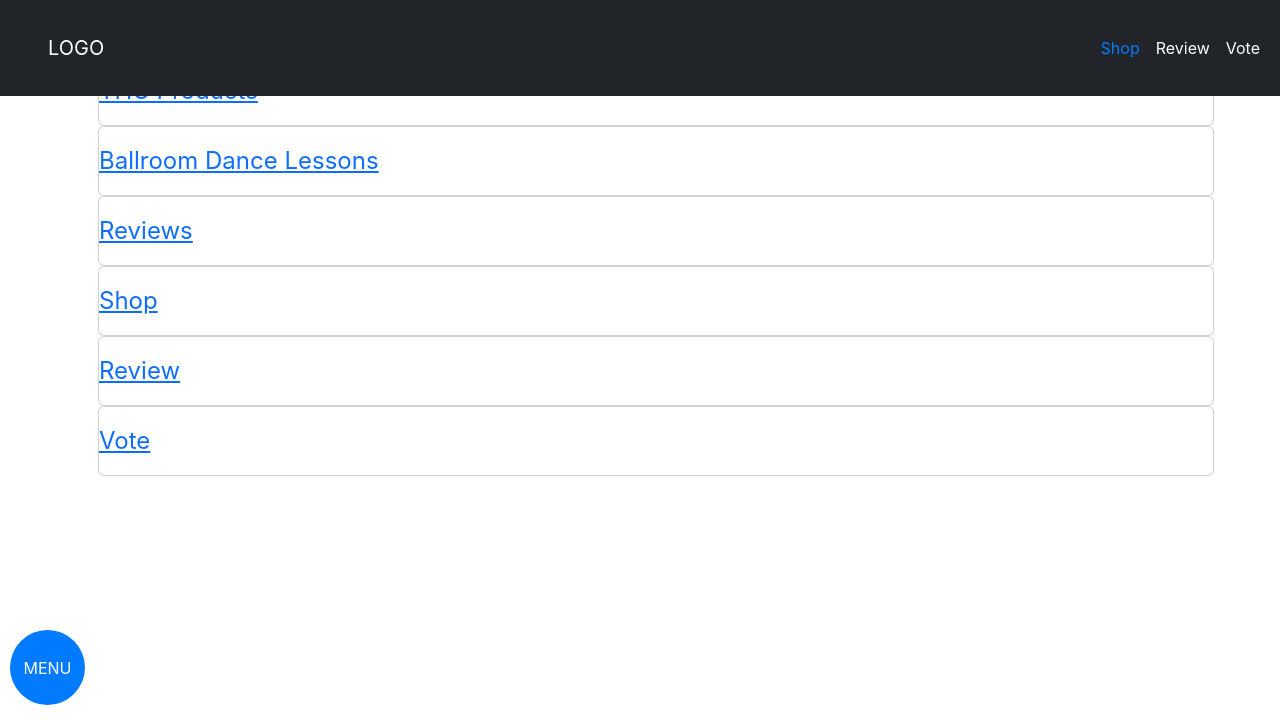
Repository: DragonFruit8/basic-website
Page: /shop
An editor plug-in stored every save of this project. The page is shown before and after a run of saves, followed by the edit.
The browser window is 1280 px wide. The pictures show the whole page.
The project was rebuilt for these pictures with package versions that can differ from the ones it lists, and the page was loaded fresh each time. Also part of the build but not shown: src/sections/MissionSec.js, src/sections/AboutSec.js, src/sections/ServiceSec.js, src/Img/LunaLogo.js, src/sections/SupportSec.js, src/sections/HeroSec.js, src/pages/HomePage.js.

Above is the page before, as saved 2024-06-23 08:54:35.

### public/index.html
<!DOCTYPE html>
<html lang="en">
  <head>
    <meta charset="utf-8" />
    <link rel="icon" href="%PUBLIC_URL%/favicon.ico" />
    <meta name="viewport" content="width=device-width, initial-scale=1" />
    <meta name="theme-color" content="#000000" />
    <meta
      name="description"
      content="Web site created using create-react-app"
    />
    <link rel="apple-touch-icon" href="%PUBLIC_URL%/logo192.png" />
    <!--
      manifest.json provides metadata used when your web app is installed on a
      user's mobile device or desktop. See https://developers.google.com/web/fundamentals/web-app-manifest/
    -->
    <link rel="manifest" href="%PUBLIC_URL%/manifest.json" />
    <link href="https://cdn.jsdelivr.net/npm/bootstrap@5.3.3/dist/css/bootstrap.min.css" rel="stylesheet" integrity="sha384-QWTKZyjpPEjISv5WaRU9OFeRpok6YctnYmDr5pNlyT2bRjXh0JMhjY6hW+ALEwIH" crossorigin="anonymous">
    <!--
      Notice the use of %PUBLIC_URL% in the tags above.
      It will be replaced with the URL of the `public` folder during the build.
      Only files inside the `public` folder can be referenced from the HTML.

      Unlike "/favicon.ico" or "favicon.ico", "%PUBLIC_URL%/favicon.ico" will
      work correctly both with client-side routing and a non-root public URL.
      Learn how to configure a non-root public URL by running `npm run build`.
    -->
    <title>React App</title>
  </head>
  <body>
    <noscript>You need to enable JavaScript to run this app.</noscript>
    <div id="root"></div>
    <!--
      This HTML file is a template.
      If you open it directly in the browser, you will see an empty page.

      You can add webfonts, meta tags, or analytics to this file.
      The build step will place the bundled scripts into the <body> tag.

      To begin the development, run `npm start` or `yarn start`.
      To create a production bundle, use `npm run build` or `yarn build`.
    -->
    <script src="https://cdn.jsdelivr.net/npm/@popperjs/core@2.11.8/dist/umd/popper.min.js" integrity="sha384-I7E8VVD/ismYTF4hNIPjVp/Zjvgyol6VFvRkX/vR+Vc4jQkC+hVqc2pM8ODewa9r" crossorigin="anonymous"></script>
<script src="https://cdn.jsdelivr.net/npm/bootstrap@5.3.3/dist/js/bootstrap.min.js" integrity="sha384-0pUGZvbkm6XF6gxjEnlmuGrJXVbNuzT9qBBavbLwCsOGabYfZo0T0to5eqruptLy" crossorigin="anonymous"></script>
  </body>
</html>

### src/App.js
import React from 'react';
import { BrowserRouter as Router, Routes, Route } from 'react-router-dom';
import './App.css';
import Navbar from './components/Navbar';
import Sidebar from './components/Sidebar';
import HomePage from './pages/HomePage';
import ShopPage from './pages/ShopPage';

function App() {

  return (
    <>
      <Router>
        <Navbar />
        <Sidebar />
        <Routes>
          <Route path="/" element={<HomePage />} />
          <Route path="/shop" element={<ShopPage />} />
        </Routes>
   </Router>
    </>
  );
}

export default App;

### src/App.css
.App {
  text-align: center;
  z-index: -10;
}

.App-logo {
  height: 40vmin;
  pointer-events: none;
  z-index: 0;
}

@media (prefers-reduced-motion: no-preference) {
  .App-logo {
    animation: App-logo-spin infinite 20s linear;
  }
}

.App-header {
  background-color: #282c34;
  min-height: 100vh;
  display: flex;
  flex-direction: column;
  align-items: center;
  justify-content: center;
  font-size: calc(10px + 2vmin);
  color: white;
}

.App-link {
  color: #61dafb;
}
#sidebar {
  display: flex;
  flex-direction: column;
  background-color: transparent !important;
  height: 100%;
  width: 100px;
  position: fixed;
  top: 55px;
  left: 0;
  z-index: 1;
  overflow-x: hidden;
  padding-top: 20px;
  z-index: 10;
  /* rounded corners*/
  border-radius: 100px;

}

#offcanvasNavbar{
  position: fixed;
  margin-top: 55px;
}

#sidebarButton {
  position: absolute;
  bottom: 100px;
  left: 0px;
  width: 75px;
  height: 75px;
  border: none;
  color: white;
  padding: 10px 10px;
  text-align: center;
  text-decoration: none;
  display: inline-block;
  font-size: 16px;
  margin: auto auto -30px 10px;
  cursor: pointer;
  z-index: 100;
  border-radius: 100%;
  background-color: #007bff;
}

#closeButton, .btn-close {
  color: white !important;
  margin-left: 15px;
}
#aboutSec {
  height: 75vh;
}
.offcanvas-body {
 padding: 0 100px 0 100px;
}
#luna {
  position: relative;
  background-size: cover;
  background-repeat: no-repeat;
  background-position: center;
  height: auto;
  width: 250px;
  margin: 0 auto;
}

/* HomePage Hero */
.hero {
  height: 100vh;
  width: 100%;
  display: flex;
  align-items: center;
  color: white !important;
  text-align: center;
  font-size: 2rem;
  font-weight: 700;
  background: url('https://unsplash.com/photos/photo-of-outer-space-Q1p7bh3SHj8');
  background-size: cover;
  background-repeat: no-repeat;
  background-position: center;
  background-color: rgba(0, 0, 0, 0.8);

}
.hero-content
.dropdown-item {
  width: 100%;
  margin: 0 auto;
  color: white;
  background-color: #007bff;
}
.dropdown-item:hover {
  background-color: #0056b3;
  color: white;
}


a.nav-link, a.nav-item {
  color: white !important;
}
a.nav-link, a.nav-item {
 padding: 20px 0 20px 0;
}

a.nav-link:hover, a.nav-item:hover {
  color: #ffd000 !important;
}
a.active {
  color: #007bff !important;
}

@keyframes App-logo-spin {
  from {
    transform: rotate(0deg);
  }
  to {
    transform: rotate(360deg);
  }
}

### src/components/Navbar.js
import React from 'react';
import data from '../../src/data';
// import axio from '../Instance';
// import Button from 'react-bootstrap/Button';
// import Modal from 'react-bootstrap/Modal';


const Navbar = () => {

    // const [email, setEmail] = useState('');
    // const [comment, setComment] = useState('');
    // const [show, setShow] = useState(false);

    // const handleClose = () => setShow(false);
    // const handleShow = () => setShow(true);

    // const clearForm = () => {
    //     setEmail('');
    //     setComment('');
    // };



    // const handleSubmit = (event) => {
    //     event.preventDefault();

    //     axio.post('/comments', {
    //         email,
    //         comment
    //     })
    //         .then(() => {
    //             console.log('Review submitted');
    //         })
    //         .catch((error) => {
    //             console.log(error);
    //         });
    //     clearForm();
    // };

    const path = window.location.pathname;
    return (
        <>
            {/* navbar navbar-expand-lg bg-body-tertiary navbar-dark bg-dark */}
            <nav className="navbar navbar-dark navbar-expand-lg bg-dark fixed-top">
                <div className="container-fluid ps-5">
                    <a className="navbar-brand" href="/">LOGO</a>
                    <button className="navbar-toggler" type="button" data-bs-toggle="collapse" data-bs-target="#navbarNav" aria-controls="navbarNav" aria-expanded="false" aria-label="Toggle navigation">
                        <span className="navbar-toggler-icon"></span>
                    </button>
                    <div className="collapse navbar-collapse" id="navbarNav">
                        <ul className="navbar-nav my-2 ms-auto me-0">
                            <li className="nav-item">
                                <a className={`nav-link ${path === `/${data.link1.b}` ? 'active' : ''}`} aria-current="page" href={`/${data.link1.b}`}>{data.link1.a}</a>
                            </li>
                            <li className="nav-item">
                                <a className={`nav-link ${path === `/${data.link2.b}` ? 'active' : ''}`} aria-current="page" href={`/${data.link2.b}`}>{data.link2.a}</a>
                            </li>
                            <li className="nav-item">
                                <a className={`nav-link ${path === `/${data.link3.b}` ? 'active' : ''}`} aria-current="page" href={`/${data.link3.b}`}>{data.link3.a}</a>
                            </li>
                        </ul>
                        {/* <span id='reviewModal' className="d-flex">
                                <Button variant="primary" onClick={handleShow}>Write a Review</Button>
                            </span> */}
                    </div>
                </div>
            </nav>
            {/* <Modal show={show} onHide={handleClose}>
                <Modal.Header closeButton>
                    <Modal.Title>Modal heading</Modal.Title>
                </Modal.Header>
                <Modal.Body>
                    <div
                        className="modal show"
                        style={{ display: 'block', position: 'initial' }}
                    >
                        <form // onSubmit={handleSubmit}
                        >
                            <div className="form-group">
                                <label htmlFor="email"
                                    className='form-label fs-5'
                                >Email</label>
                                <input
                                    type="email"
                                    id="email"
                                    value={email}
                                    onChange={(event) => setEmail(event.target.value)}
                                    required
                                    className='form-control'
                                />
                            </div>
                            <div className="form-group">
                                <label htmlFor="comment"
                                    className='form-label fs-5'
                                >Comment</label>
                                <textarea
                                    id="comment"
                                    value={comment}
                                    onChange={(event) => setComment(event.target.value)}
                                    required
                                    className='form-control'
                                />
                            </div>
                            <Button type="submit">Submit</Button>
                        </form>
                    </div>
                </Modal.Body>
                <Modal.Footer>
                    <Button variant="secondary" onClick={handleClose}>
                        Close
                    </Button>
                </Modal.Footer>
            </Modal> */}
        </>
    );
}

export default Navbar;

### src/components/Sidebar.js
import React from 'react'

export const canvasButton = () => {
    return (
        <button id='sidebarButton' className="btn btn-primary" type="button" data-bs-toggle="offcanvas" data-bs-target="#offcanvasNavbar" aria-controls="offcanvasNavbar">
        MENU
        </button>
    )
    }
export default function Sidebar() {

    return (
        <div>
            <sidebar id="sidebar" className="navbar bg-body-tertiary fixed-top">
                <div className="container-fluid">
                    <div className="offcanvas offcanvas-start bg-dark" tabindex="-1" id="offcanvasNavbar" aria-labelledby="offcanvasNavbarLabel">

                        <div className="offcanvas-body">
                            <ul className="navbar-nav justify-content-end flex-grow-1 pe-3">
                                <li className="nav-item">
                                    <a className="nav-link active" aria-current="page" href="/">Home</a>
                                </li>
                                <li className="nav-item">
                                    <a className="nav-link" href="/">Link</a>
                                </li>
                                <li className="nav-item dropdown">
                                    <a className="nav-link dropdown-toggle" href="/" role="button" data-bs-toggle="dropdown" aria-expanded="false">
                                        Dropdown
                                    </a>
                                    <ul className="dropdown-menu">
                                        <li><a className="dropdown-item" href="/">Action</a></li>
                                        <li><a className="dropdown-item" href="/">Another action</a></li>
                                        <li>
                                            <hr className="dropdown-divider" />
                                        </li>
                                        <li><a className="dropdown-item" href="/">Something else here</a></li>
                                    </ul>
                                </li>
                            </ul>
                            {/* <form className="d-flex mt-3" role="search">
                                <input className="form-control me-2" type="search" placeholder="Search" aria-label="Search" />
                                <button className="btn btn-outline-success" type="submit">Search</button>
                            </form> */}
                        </div>
                    <div className="offcanvas-footer d-flex justify-content-start mb-5 ms-3">
                        {/* <h5 className="offcanvas-title" id="offcanvasNavbarLabel"></h5> */}
                        <button id='close' type="button" className="btn-close" data-bs-dismiss="offcanvas" aria-label="Close"></button>
                    </div>
                    </div>
                </div>
                {
                    canvasButton()
                }
            </sidebar>


        </div>
    )
}

### src/pages/ShopPage.js
import React from 'react';
import data from '../../src/data';

const ShopPage = () => {
    return (
        <div>
            <h1>Shop Page</h1>
            <ul>
                {
                    Object.keys(data).map((key, index) => {
                        return (
                            <div className='container'>
                                <div class="col">

                                    <ul className='card list-unstyled'>
                                        <li key={index} className='list-unstyled mt-3 mb-3' style={{ fontSize: '1.5rem' }}>
                                            <a href={`/${data[key].b}`}>{data[key].a}</a>
                                        </li>
                                    </ul>
                                </div>
                            </div>
                        );
                    })
                }
            </ul>
        </div>
    );
};

export default ShopPage;

### src/data.js
const data = {
    thcProductsLink: { a: 'THC Products', b: 'thc-products' },
    ballroomDanceLessonsLink: { a: 'Ballroom Dance Lessons', b: 'ballroom-dance-lessons' },
    reviewsLink: { a: 'Reviews', b: 'reviews' },
    link1: { a: 'Shop', b: 'shop' },
    link2: { a: 'Review', b: 'review' },
    link3: { a: 'Vote', b: 'vote' }
};

export default data;

Loaded but not shown: src/index.js (common file); src/index.css (common file); src/reportWebVitals.js (common file)

After the next 4 saves:
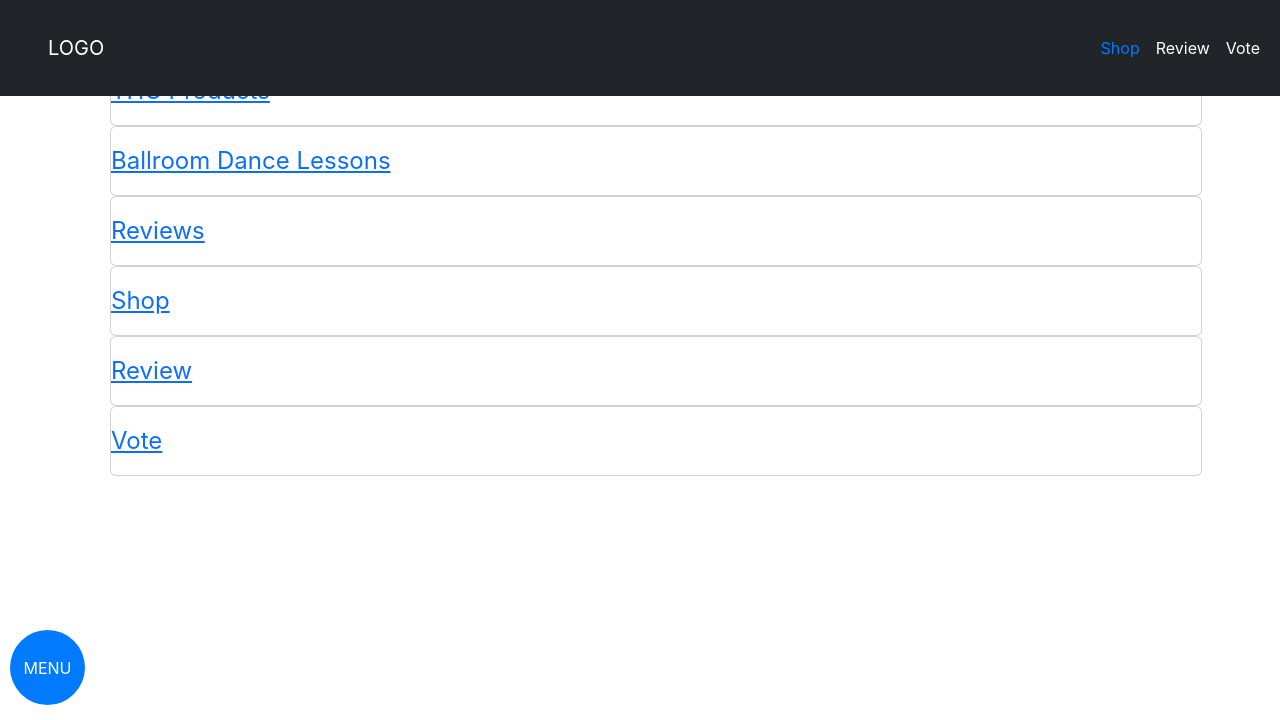
The 4 saves are shown as one change because 1 did not build or start and some came seconds apart.
The last was saved 39 s later.
--- a/src/pages/ShopPage.js
+++ b/src/pages/ShopPage.js
@@ -10,6 +10,8 @@
                     Object.keys(data).map((key, index) => {
                         return (
                             <div className='container'>
+                                <div className="container">
+                                    <div className="row justify-content-center">
                                 <div class="col">
 
                                     <ul className='card list-unstyled'>
@@ -17,7 +19,9 @@
                                             <a href={`/${data[key].b}`}>{data[key].a}</a>
                                         </li>
                                     </ul>
-                                </div>
+                                        </div>
+                                    </div>
+                                    </div>
                             </div>
                         );
                     })
